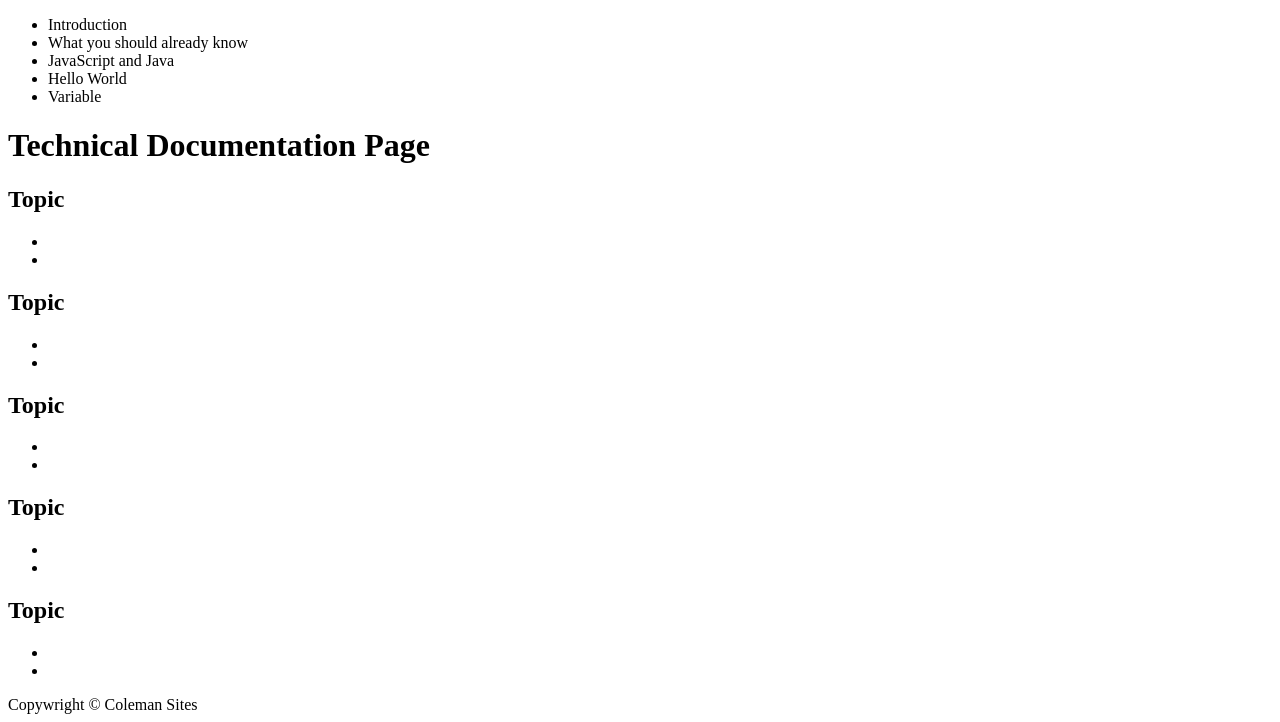
Repository: ctcoleman/technicalDocumentationPage
Page: index.html
These files come from the project's save history. The page is drawn as it stood at one moment and after the next save; the edit follows.
The browser window is 1280 px wide. The pictures show the whole page.

Above is the page before, as saved 2020-07-09 21:41:12.

### index.html
<!DOCTYPE html>
<html lang="en">
<head>
  <meta charset="UTF-8">
  <meta name="viewport" content="width=device-width, initial-scale=1.0">
  <title>FCC: Technical Documentation Page</title>
</head>
<body>

  <nav id="navbar">
    <ul>
      <li>
        <a>Introduction</a>
      <li>
        <a>What you should already know</a>
      <li>
        <a>JavaScript and Java</a>
      <li>
        <a>Hello World</a>
      <li>
        <a>Variable</a>
      </li>
    </ul>
  </nav>

  <header>
    <h1 id="main-heading">Technical Documentation Page</h1>
  </header>

  <main id="main-doc">


    <section class="main-section">
      <h2 class="topic-header">Topic</h2>
      <article>
        <p>
          <ul>
            <li></li>
            <li></li>
          </ul>
        </p>
        <p>

        </p>
      </article>
    </section>

    <section class="main-section">
      <h2 class="topic-header">Topic</h2>
      <article>
        <p>
          <ul>
            <li></li>
            <li></li>
          </ul>
        </p>
        <p>

        </p>
      </article>
    </section>

    <section class="main-section">
      <h2 class="topic-header">Topic</h2>
      <article>
        <p>
          <ul>
            <li></li>
            <li></li>
          </ul>
        </p>
        <p>

        </p>
      </article>
    </section>

    <section class="main-section">
      <h2 class="topic-header">Topic</h2>
      <article>
        <p>
          <ul>
            <li></li>
            <li></li>
          </ul>
        </p>
        <p>

        </p>
      </article>
    </section>

    <section class="main-section">
      <h2 class="topic-header">Topic</h2>
      <article>
        <p>
          <ul>
            <li></li>
            <li></li>
          </ul>
        </p>
        <p>

        </p>
      </article>
    </section>

    <footer id="footer-wrapper">
      <span>Copywright &copy; Coleman Sites</span>
    </footer>
  </main>
</body>
</html>

After the next save:
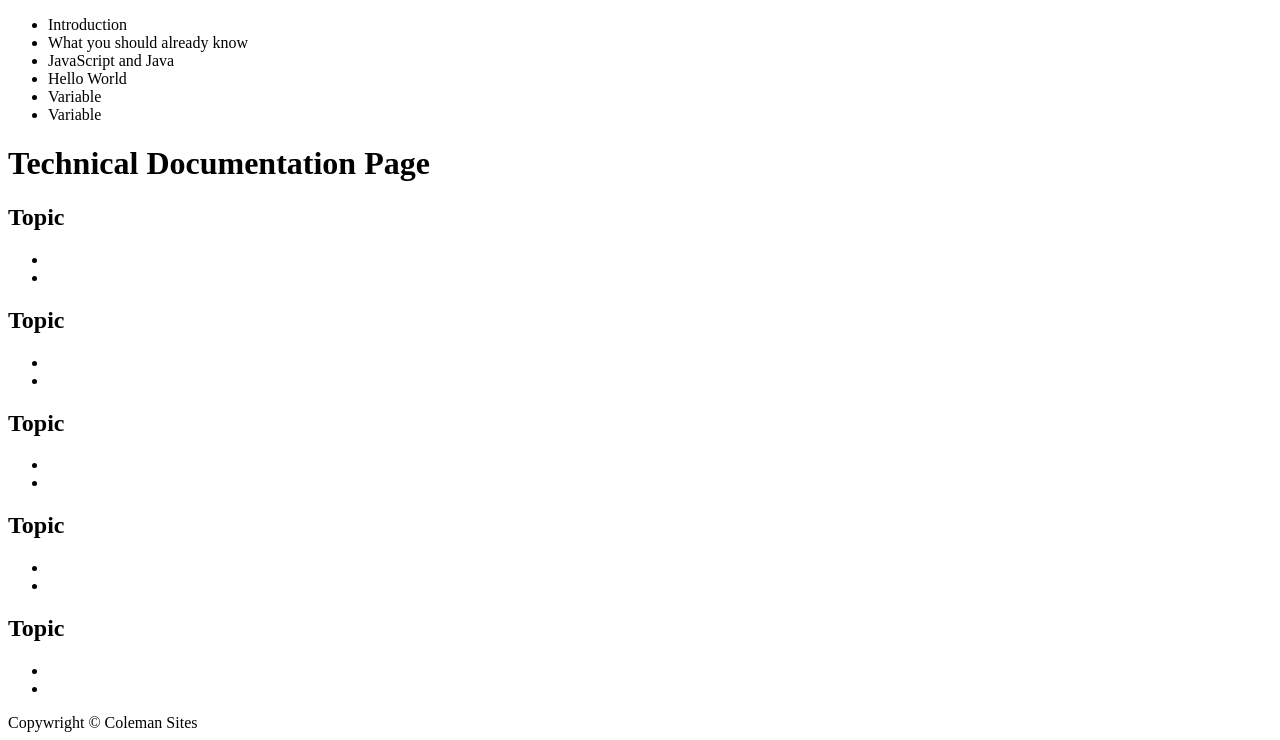
Saved 4 s later.
--- a/index.html
+++ b/index.html
@@ -17,6 +17,9 @@
         <a>JavaScript and Java</a>
       <li>
         <a>Hello World</a>
+      <li>
+        <a>Variable</a>
+      </li>
       <li>
         <a>Variable</a>
       </li>
